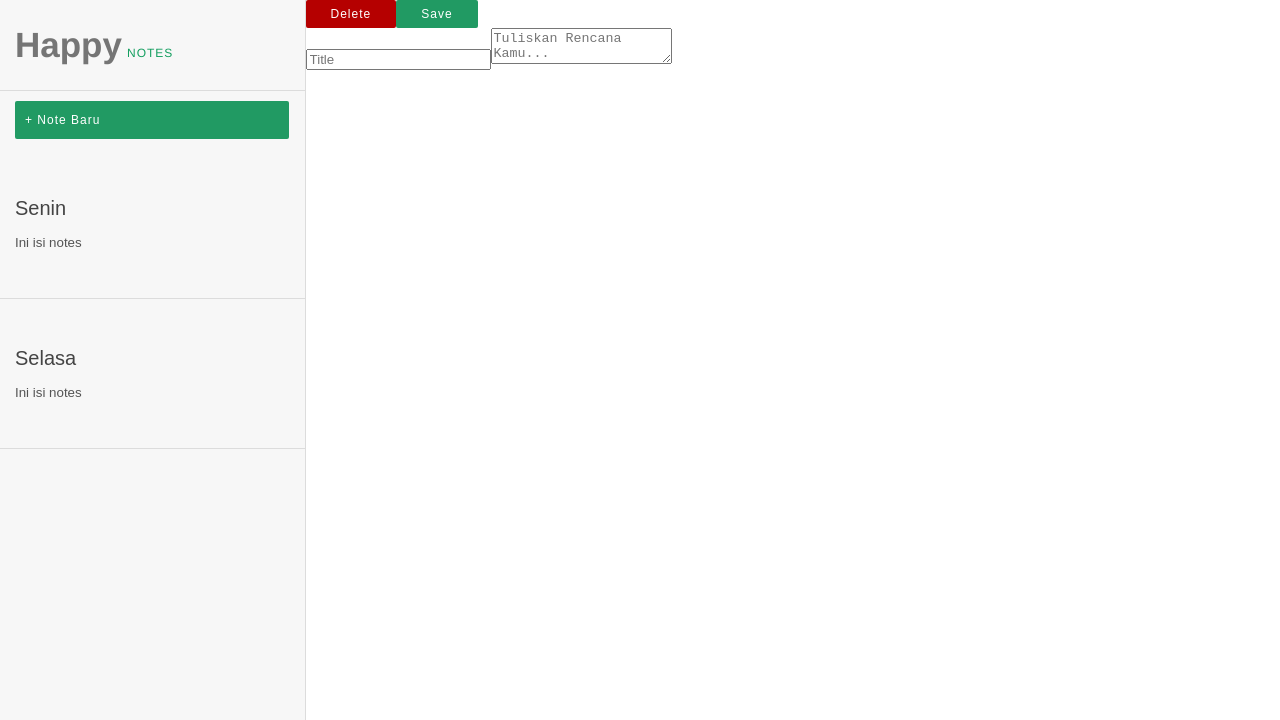
Repository: AdiPrimanto/notes-vue
Page: / (app in resources/)
An editor plug-in stored every save of this project. The page is shown before and after the next save, followed by the edit.
The browser window is 1280 px wide. The pictures show the whole page.
The project was rebuilt for these pictures with package versions that can differ from the ones it lists, and the page was loaded fresh each time. Also part of the build but not shown: resources/vue.config.js.

Above is the page before, as saved 2020-02-22 17:49:02.

### resources/src/App.vue
<template>
  <div id="app">
    <!-- kiri -->
    <div class="kiri">
      <div class="logo">
        <a rel="stylesheet" href="https://google.com">
          <h2>Happy</h2>
          <span>Notes</span>
        </a>
      </div>
      <div class="frame-notes">
        <button @click="newNotes" class="bg-success btn btn-new-note">
          + Note Baru
        </button>

        <ListNotes/>
      </div>
    </div>
    <!-- kanan -->
    <div class="kanan">
      <FormNotes/>
    </div>
  </div>
</template>

<script>
import ListNotes from './components/listNotes.vue'
import FormNotes from './components/formNotes.vue'

export default {
  name: 'App',
  components: {
    ListNotes,
    FormNotes
  }
}
</script>

<style>
body{
     margin:0px;
     overflow:hidden;
}
#app {
     font-family: 'Avenir', Helvetica, Arial, sans-serif;
     color: #2c3e50;
     padding:0px;

     display:flex;
     width:100%;
}

.kiri{
     width: 400px;
     background: #f7f7f7;
     color: #616161;
}
.logo{
     padding: 25px 15px;
     border-bottom: 1px solid gainsboro;
}
.logo a{
     text-decoration:none;
}
.logo a h2{
     margin: 0px;
     display: inline;
     margin-right: 5px;
     font-size: 35px;
     text-transform: capitalize;
     color: #757575;
}
.logo a span{
     font-size: 12px;
     letter-spacing: 1px;
     text-transform: uppercase;
     color:#139e5f;
}
.frame-notes{
     overflow-y: scroll;
     overflow-x: hidden;
     height: 85vh;
}
.bg-success{
     background: #219a63;
     color: white;
     outline:none;
}
.bg-success:hover{
     background:#24b774;
     color: white;
}
.bg-danger{
     background:#b50000;
     color: white;
}
.bg-danger:hover{
     background:#c50000;
}
.btn{
     border: none;
     font-size: 12px;
     text-align: center;
     letter-spacing: 1px;
     cursor: pointer;
     border-radius: 2px;
     padding: 7px 25px;
     outline:none;
}
.btn-new-note{
     width: 90%;
     padding: 12px 10px;
     margin: 10px 15px;
     text-align: left !important;
}

.kanan{
     width: 100%;
     overflow-y: scroll;
     height: 100vh;
     border-left: 1px solid gainsboro;
}

/* width */
::-webkit-scrollbar {
  width: 5px;
}

/* Track */
::-webkit-scrollbar-track {
  background: #f7f7f7;
}

/* Handle */
::-webkit-scrollbar-thumb {
  background: #888;
}

/* Handle on hover */
::-webkit-scrollbar-thumb:hover {
  background: #555;
}
</style>

### resources/src/components/listNotes.vue
<template>
    <div class="listNotes">
        <ul>
            <li v-for="(row, index) in notes" :key="index">
                <button class="btn-note">
                    <label>{{ row.title }}</label>
                    <span>{{ row.description }}</span>
                </button>
                <!-- {{ row.title }} {{ index }} -->
            </li>
        </ul>
    </div>
</template>

<script>

export default {
    name: 'listNotes',
    data: function () {
        return {
            notes : [
                { title : 'Senin' , description : 'Ini isi notes' },
                { title : 'Selasa' , description : 'Ini isi notes' }
            ]
        }
    }
}
</script>

<style>
ul {
     list-style-type: none;
     padding: 0;
     margin:0px;
}
.btn-note {
     text-align: left;
     border: none;
     border-bottom: 1px solid gainsboro;
     padding: 0px 15px;
     cursor: pointer;
     outline: none;
     background: #f7f7f7;
     height: 150px;
     width: 100%;
}
.btn-note:hover {
     background:#eaeaea;
}
.btn-note label{
     display:block;
     color: #444444;
     font-size: 1.5em;
     margin-bottom: 15px;
}
.btn-note span{
    color: #545454;
}
</style>

### resources/src/components/formNotes.vue
<template>
    <div class="formNotes">
        <div class="menu">
            <button type="button" class="bg-danger btn btn-delete">Delete</button>
            <button type="submit" class="bg-success btn">Save</button>
        </div>
        <div class="content">
            <input type="text" class="text" placeholder="Title">
            <textarea class="text texarea" placeholder="Tuliskan Rencana Kamu..."></textarea>
        </div>
    </div>
</template>

<script>
export default {
    name: 'formNotes',
    data: function () {

    }
}
</script>

<style>

</style>

Loaded but not shown: resources/public/index.html (common file); resources/src/main.js (common file)

After the next save:
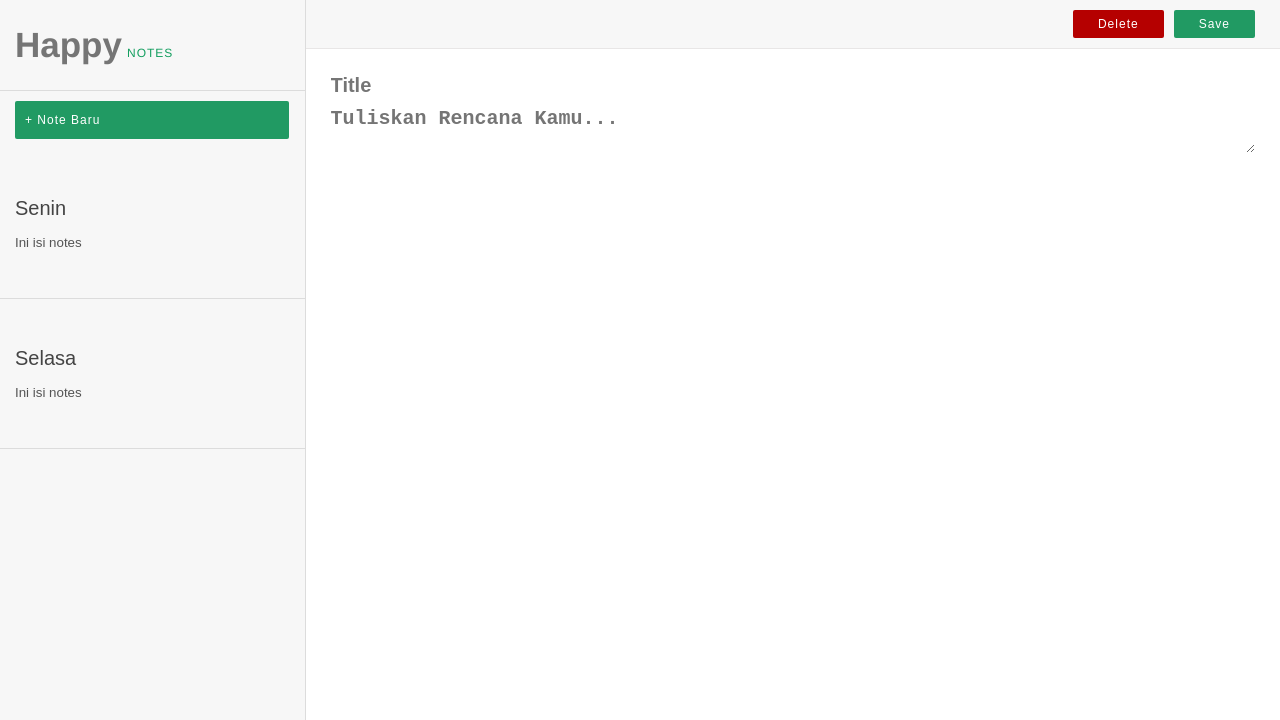
Saved 14 s later.
--- a/resources/src/components/formNotes.vue
+++ b/resources/src/components/formNotes.vue
@@ -21,5 +21,36 @@ export default {
 </script>
 
 <style>
-
+.menu{
+     background: #f7f7f7;
+     padding:10px 25px;
+     margin-bottom: 25px;
+     text-align:right;
+     border-bottom: 1px solid #e8e6e6;
+}
+.btn-delete{ margin-right:10px; }
+.content{
+     padding: 0px 25px;
+}
+.text{
+     display: block;
+     width: 100%;
+     padding: 0px;
+     font-size: 20px;
+     font-weight: bold;
+     color: #2c3e50;
+     border: none;
+     margin-bottom: 10px;
+     box-sizing: border-box;
+     outline: none;
+}
+.textarea{
+     min-height: 350px;
+     font-size: 15px;
+     font-weight: lighter;
+     line-height: 30px;
+}
+.loader{
+     vertical-align: middle;
+}
 </style>
